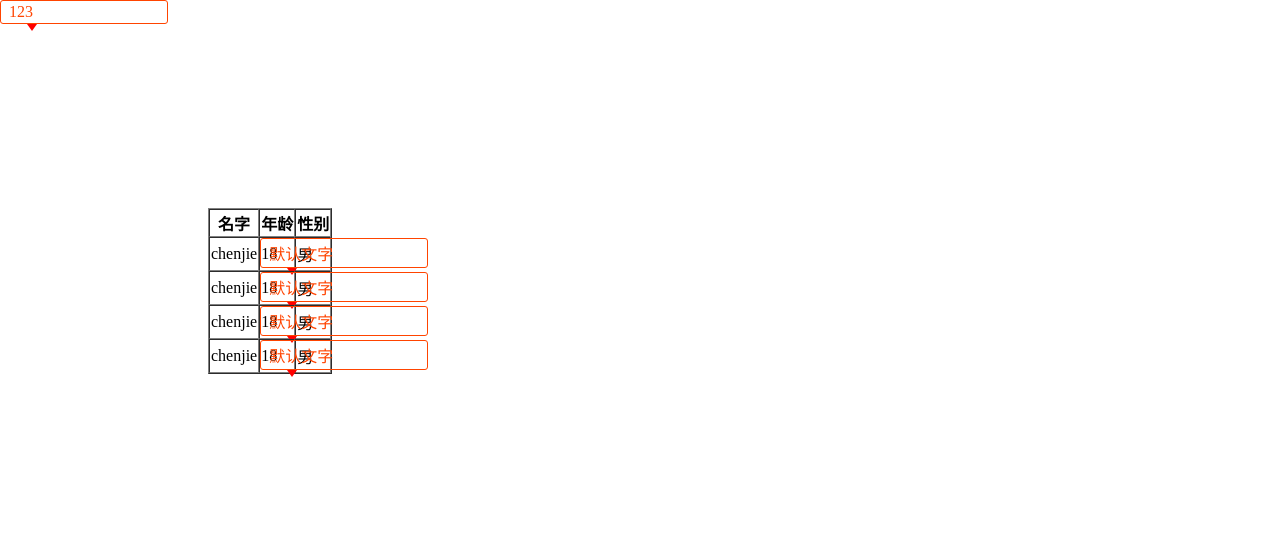
Repository: chenjieya/java
Page: index.html
An editor plug-in stored every save of this project. The page is shown before and after the next save, followed by the edit.
The browser window is 1280 px wide. The pictures show the whole page.

Above is the page before, as saved 2023-05-17 09:07:18.

After the next save:
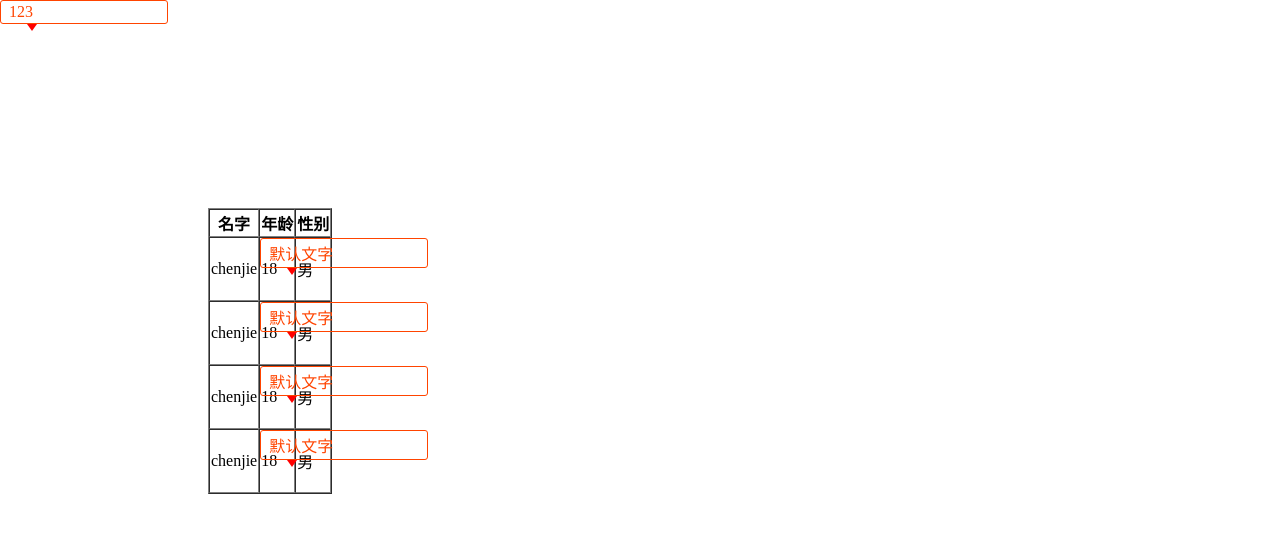
Saved 10 s later.
--- a/index.html
+++ b/index.html
@@ -7,7 +7,7 @@
   <title>Document</title>
   <style>
     tr td {
-      height: 30px;
+      height: 60px;
     }
     .tooltip {
       padding: 2px 8px;
